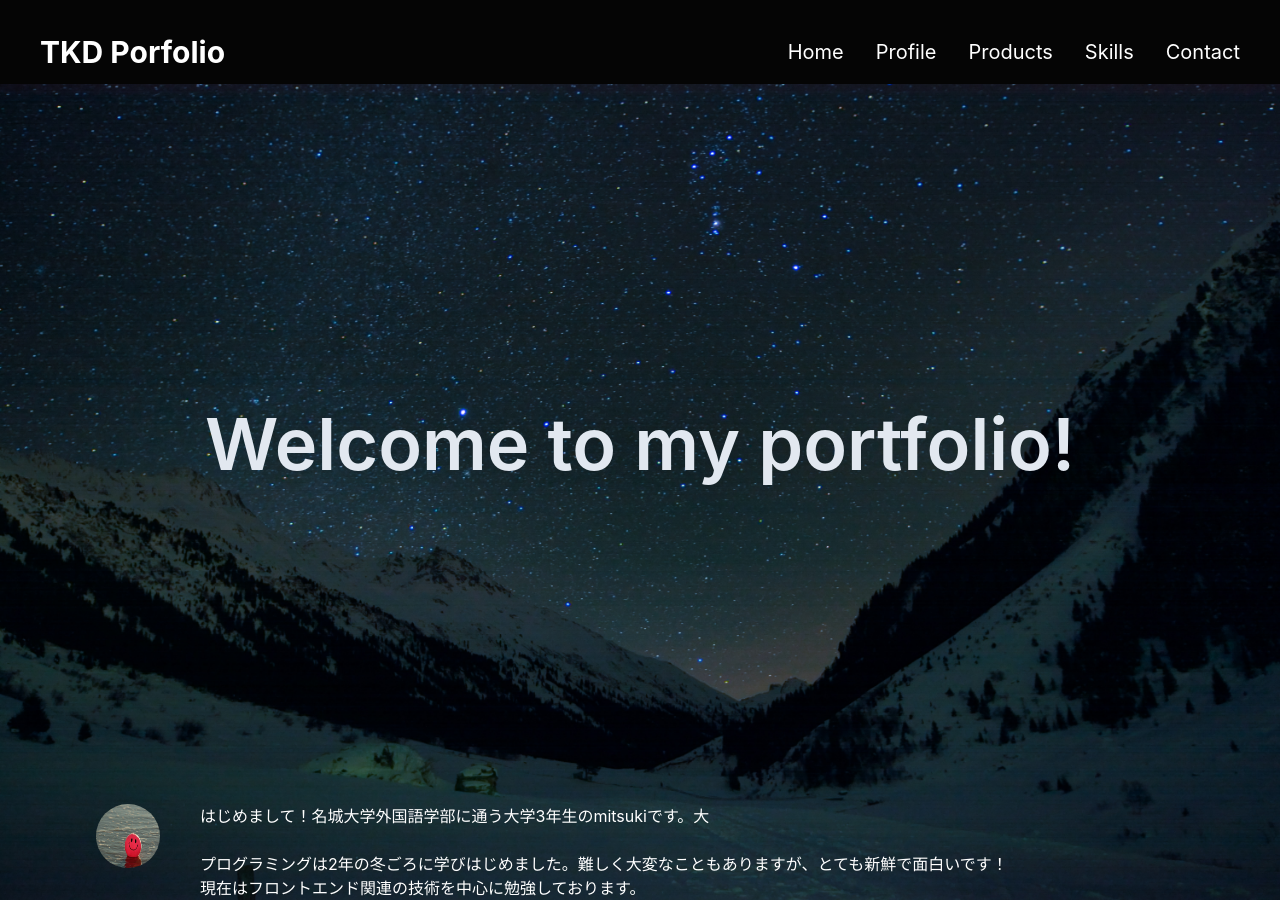
Repository: MitukiTakada/todo-aplication
Page: / (app in design/dev/react-tailwind/react-tailwind/)
The author's editor kept a copy of each file at every save. The page is drawn from the files as they stood at one save, then again after the next save.
The browser window is 1280 px wide. The pictures show the whole page.
The project was rebuilt for these pictures with package versions that can differ from the ones it lists, and the page was loaded fresh each time. Also part of the build but not shown: design/dev/react-tailwind/react-tailwind/src/components/Contact.jsx, design/dev/react-tailwind/react-tailwind/src/components/Products.jsx, design/dev/react-tailwind/react-tailwind/src/components/Profile.jsx, design/dev/react-tailwind/react-tailwind/src/components/Skills.jsx.

Above is the page before, as saved 2022-11-19 14:56:54.

### design/dev/react-tailwind/react-tailwind/public/index.html
<!DOCTYPE html>
<html lang="en">
  <head>
    <meta charset="utf-8" />
    <link rel="icon" href="%PUBLIC_URL%/favicon.ico" />
    <meta name="viewport" content="width=device-width, initial-scale=1" />
    <meta name="theme-color" content="#000000" />
    <meta
      name="description"
      content="Web site created using create-react-app"
    />
    <link rel="apple-touch-icon" href="%PUBLIC_URL%/logo192.png" />
    <link rel ="stylesheet" href="https://cdnjs.cloudflare.com/ajax/libs/font-awesome/5.15.3/css/all.min.css">
    <!--
      manifest.json provides metadata used when your web app is installed on a
      user's mobile device or desktop. See https://developers.google.com/web/fundamentals/web-app-manifest/
    -->
    <link rel="manifest" href="%PUBLIC_URL%/manifest.json" />
    <!--
      Notice the use of %PUBLIC_URL% in the tags above.
      It will be replaced with the URL of the `public` folder during the build.
      Only files inside the `public` folder can be referenced from the HTML.

      Unlike "/favicon.ico" or "favicon.ico", "%PUBLIC_URL%/favicon.ico" will
      work correctly both with client-side routing and a non-root public URL.
      Learn how to configure a non-root public URL by running `npm run build`.
    -->
    <title>React App</title>
  </head>
  <body>
    <noscript>You need to enable JavaScript to run this app.</noscript>
    <div id="root"></div>
    <!--
      This HTML file is a template.
      If you open it directly in the browser, you will see an empty page.

      You can add webfonts, meta tags, or analytics to this file.
      The build step will place the bundled scripts into the <body> tag.

      To begin the development, run `npm start` or `yarn start`.
      To create a production bundle, use `npm run build` or `yarn build`.
    -->
  </body>
</html>

### design/dev/react-tailwind/react-tailwind/src/index.jsx
import React from 'react';
import ReactDOM from 'react-dom/client';
import './index.css';
import App from './App';
import reportWebVitals from './reportWebVitals';
import { BrowserRouter } from 'react-router-dom';
import { ChakraProvider } from '@chakra-ui/provider';

const root = ReactDOM.createRoot(document.getElementById('root'));
root.render(
  <React.StrictMode>
    <BrowserRouter>
        <ChakraProvider>
          <App />
        </ChakraProvider>
    </BrowserRouter>
  </React.StrictMode>
);

// If you want to start measuring performance in your app, pass a function
// to log results (for example: reportWebVitals(console.log))
// or send to an analytics endpoint. Learn more: https://bit.ly/CRA-vitals
reportWebVitals();

### design/dev/react-tailwind/react-tailwind/src/App.jsx
import { BrowserRouter, Routes, Route } from "react-router-dom";
import Contact from "./components/Contact";
import Header from "./components/Header";
import Home from "./components/Home";
import Products from "./components/Products";
import Profile from "./components/Profile";
import Skills from "./components/Skills";


function App() {
  return (
    <div className=" bg-body  text-white w-full sm:px-0 pt-5">
     <Header />
      <Routes>
        <Route path="/" element={<Home />}/>
        <Route path="/prfole" element={<Profile />}/>
        <Route path="products" element={<Products />}/>
        <Route path="/skills" element={<Skills />}/>
        <Route path="/contact" element={<Contact />}/>
      </Routes>
    </div>
  );
}

export default App;

### design/dev/react-tailwind/react-tailwind/src/components/Header.jsx
import React from 'react'
import { Link } from 'react-router-dom'
import "./output.css"
import Hamburger from './atoms/Hamburger'

const Header = () => {
  return (
    <header className="container flex justify-between  w-full items-center mr-0 relative h-16 px-10">
      <div>
        <h2 className="text-2xl font-bold md:text-3xl">TKD Porfolio</h2>
      </div>
      <nav className="flex space-x-8 text-xl ml-8 items-center hidden md:block">
        <Link to={"/"} className="link">Home</Link>
        <Link to={"/profile"} className="link">Profile</Link>
        <Link to={"/products"} className="link">Products</Link>
        <Link to={"/skills"} className="link">Skills</Link>
        <Link to={"/contact"} className="link">Contact</Link>
      </nav>
      <Hamburger className="md:hidden absolute right-3"/>
    </header>
  )
}

export default Header

### design/dev/react-tailwind/react-tailwind/src/components/Home.jsx
import React from 'react'
import mainImage from "../images/main-image.jpeg"
import "./Home.css";
import userImage from "../images/user.jpg"

const Home = () => {
  return (
    <div className="home ">
      <div className="items-center ">
        <h1 className=" font-semibold text-3xl 100v text-center text-slate-200 lg:text-7xl md:text-5xl">Welcome to my portfolio!</h1>
      </div>
      <div className="flex mx-auto px-24 space-x-10">
        <img src={userImage} alt="" className="h-16 w-16 rounded-full"/>
        <div>
          <p>
            はじめまして！名城大学外国語学部に通う大学3年生のmitsukiです。大
          </p>
          <br />
          <p>
          プログラミングは2年の冬ごろに学びはじめました。難しく大変なこともありますが、とても新鮮で面白いです！
          </p>
          <p>
          現在はフロントエンド関連の技術を中心に勉強しております。
          </p>
          </div>
      </div>
    </div>
  )
}

export default Home

### design/dev/react-tailwind/react-tailwind/src/components/output.css
.link {
  @apply hover:text-purple-400 transition-all duration-300;
}
.drawer-link {
  @apply hover:text-purple-400 transition-all duration-300 text-xl block text-center my-3;
}
.contact-btn {
  @apply bg-purple-500 font-bold text-xl px-3 py-2 rounded border-none hover:bg-purple-800 duration-300 transition-all mt-10
}
.secondary-title {
  @apply text-3xl font-bold;
}
.secondary-title::before {
  content: "";
  @apply block w-12 h-2 bg-purple-400 rounded-full mb-1;
}

.section-paragraph {
  @apply text-secondary my-6 w-full max-w-3xl
}

.badge {
  @apply px-4 py-2 text-sm rounded bg-badge block
}

.send-btn {
  @apply bg-teal-400 font-bold text-xl px-3 py-2 rounded border-none hover:bg-teal-600 duration-300 transition-all mt-10
}

### design/dev/react-tailwind/react-tailwind/src/components/atoms/Hamburger.jsx
import React from 'react'
import {
  Drawer,
  DrawerBody,
  DrawerOverlay,
  DrawerContent,
  DrawerCloseButton,
  useDisclosure,
  Button
} from '@chakra-ui/react'
import { Link } from 'react-router-dom';
import { HamburgerIcon } from '@chakra-ui/icons';

const Hamburger = () => {
  const { isOpen, onOpen, onClose } = useDisclosure()
  return (
    <div className="md:hidden">
        <HamburgerIcon h={30} w={30} className="hover:text-purple-400 duration-300 transition-all cursor-pointer"
        onClick={onOpen}
        />
        <Drawer isOpen={isOpen} onClose={onClose} placement="left" size="xs">
          <DrawerOverlay>
            <DrawerContent>
              <DrawerBody className="w-2/5 bg-slate-200 h-full p-12">
                <div className="z-20 space-y-5 text-xl">
                  <Link to={"/"} className="link drawer-link">Home</Link>
                  <Link to={"/profile"} className="link drawer-link">Profile</Link>
                  <Link to={"/products"} className="link drawer-link">Products</Link>
                  <Link to={"/skills"} className="link drawer-link">Skills</Link>
                  <Link to={"/contact"} className="link drawer-link">Contact</Link>
                  <DrawerCloseButton className="text-white text-md  p-2 rounded mt-15 mx-auto bg-red-400 transition-all duration-300 hover:bg-red-700 ">閉じる</DrawerCloseButton>
                </div>
              </DrawerBody>
            </DrawerContent>
          </DrawerOverlay>
        </Drawer>
      </div>
  )
}

export default Hamburger

### design/dev/react-tailwind/react-tailwind/src/components/Home.css
.home {
  background-image: url(../images/mountain.jpeg);
  background-position: center;
  background-size: cover;
  height: 100%;
  width: 100%;
}

.home h1 {
  line-height: 100vh;
  align-items: center;
}

### design/dev/react-tailwind/react-tailwind/tailwind.config.js
/** @type {import('tailwindcss').Config} */
module.exports = {
  content: [
    "./src/**/*.{js,jsx,ts,tsx}",
  ],
  theme: {
    extend: {

      colors: {
        body: "#050505",
        secondary: "#9191A4",
        badge: "#3F3F51"
      },
      lineHeight: {
        "100v": "100vh"
      }
    },
  },
  plugins: [],
}

Loaded but not shown: design/dev/react-tailwind/react-tailwind/src/index.css (common file); design/dev/react-tailwind/react-tailwind/src/reportWebVitals.js (common file)

After the next save:
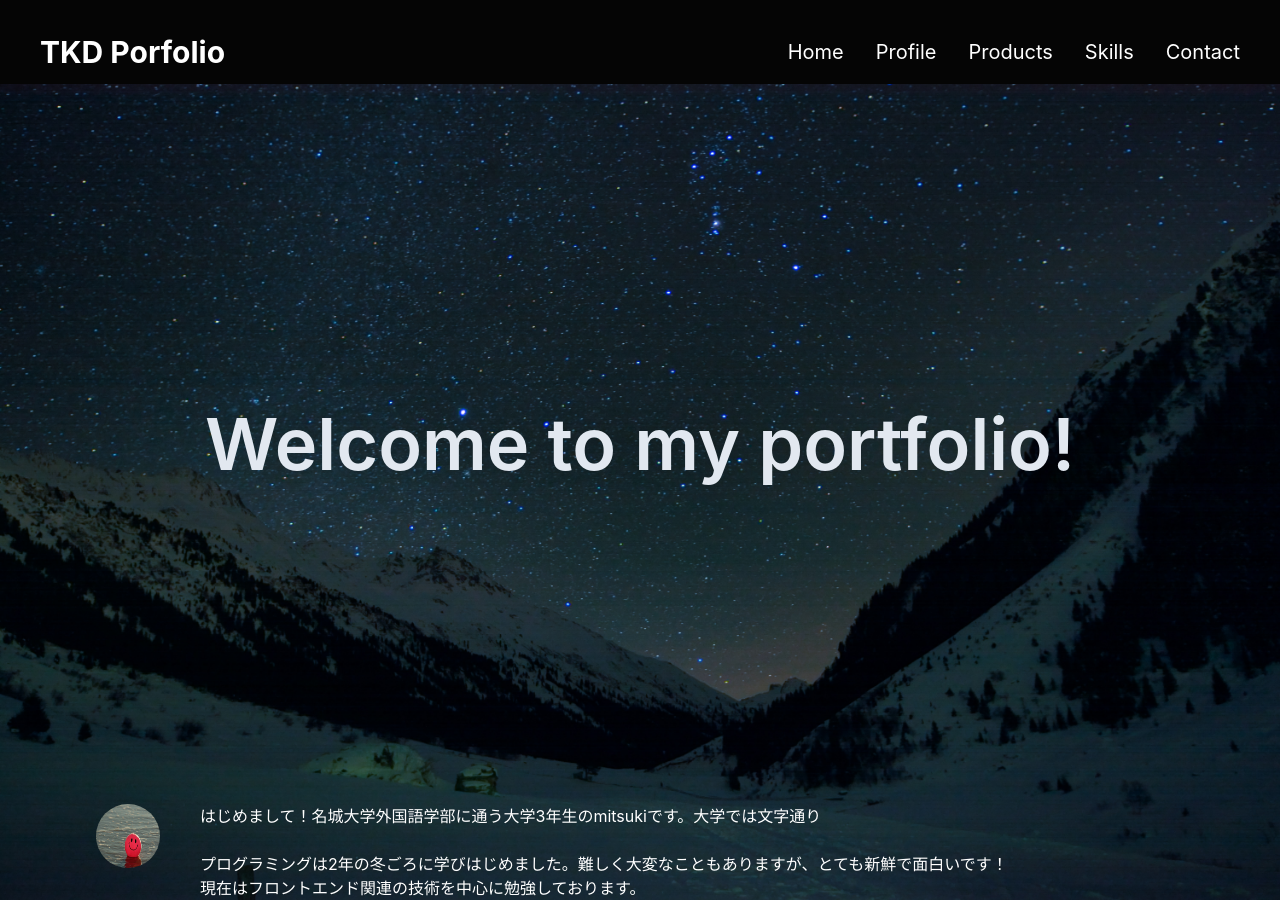
Saved 5 s later.
--- a/design/dev/react-tailwind/react-tailwind/src/components/Home.jsx
+++ b/design/dev/react-tailwind/react-tailwind/src/components/Home.jsx
@@ -13,7 +13,7 @@ const Home = () => {
         <img src={userImage} alt="" className="h-16 w-16 rounded-full"/>
         <div>
           <p>
-            はじめまして！名城大学外国語学部に通う大学3年生のmitsukiです。大
+            はじめまして！名城大学外国語学部に通う大学3年生のmitsukiです。大学では文字通り
           </p>
           <br />
           <p>
